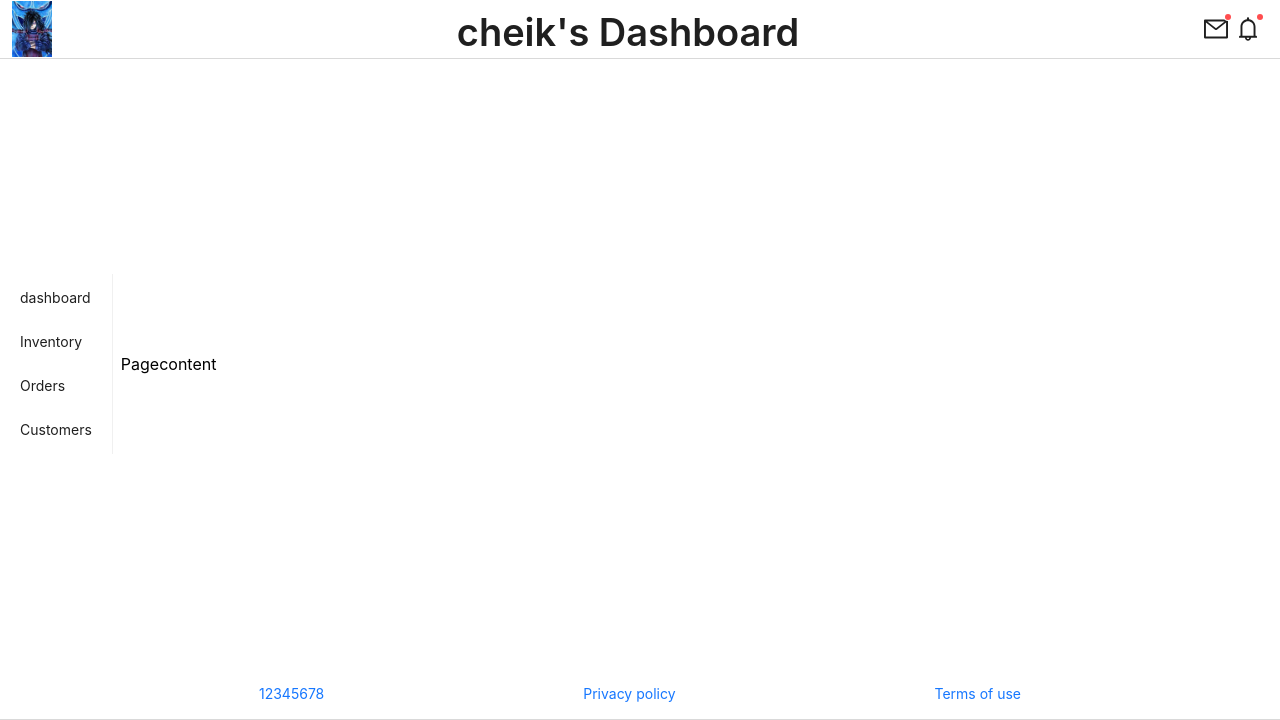
Repository: cheik253/21036
Page: /
These files come from the project's save history. The page is drawn as it stood at one moment and after a run of saves; the edit follows.
The browser window is 1280 px wide. The pictures show the whole page.
The project was rebuilt for these pictures with package versions that can differ from the ones it lists, and the page was loaded fresh each time.

Above is the page before, as saved 2024-02-23 00:21:52.

After the next 2 saves:
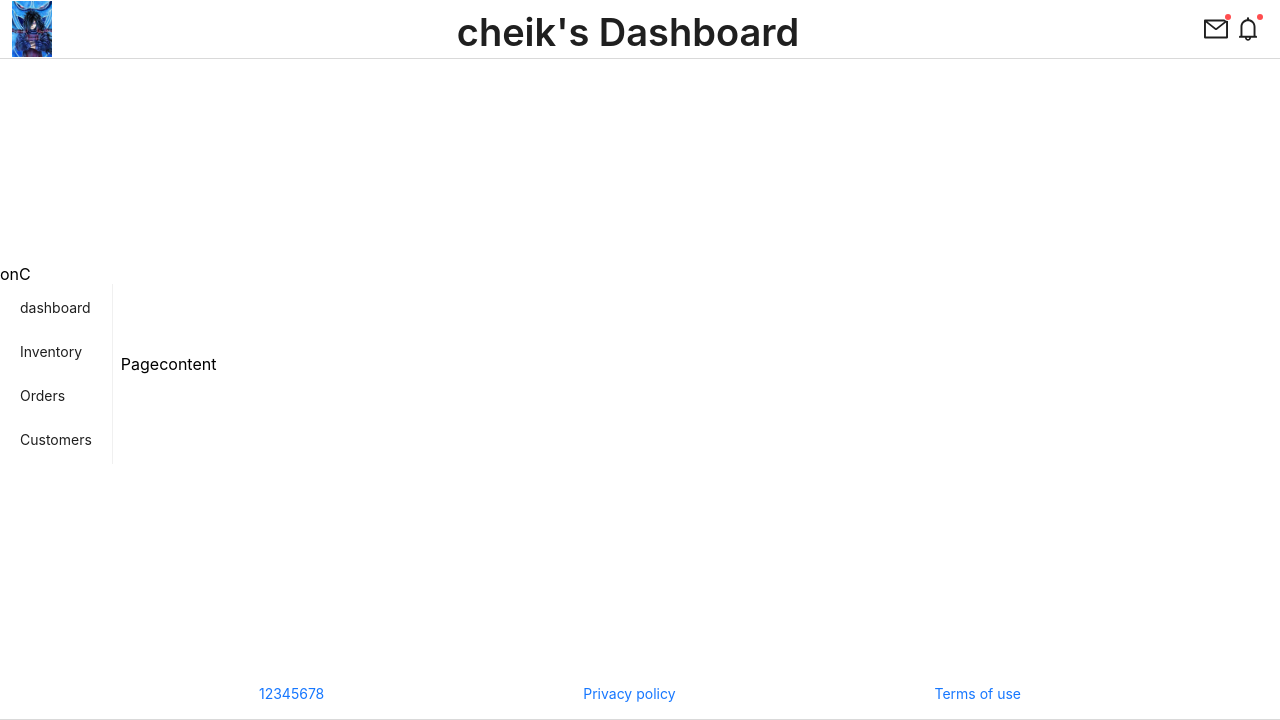
The 2 saves are shown as one change because they came seconds apart.
The last was saved 40 s later.
--- a/src/Components/Sidemenu/index.js
+++ b/src/Components/Sidemenu/index.js
@@ -4,7 +4,7 @@ import {Menu} from 'antd';
 export default function Sidemenu() {
     return(
     <div className='Sidemenu'>
-
+   onC
 <Menu items={[{
 
 label:'dashboard',
